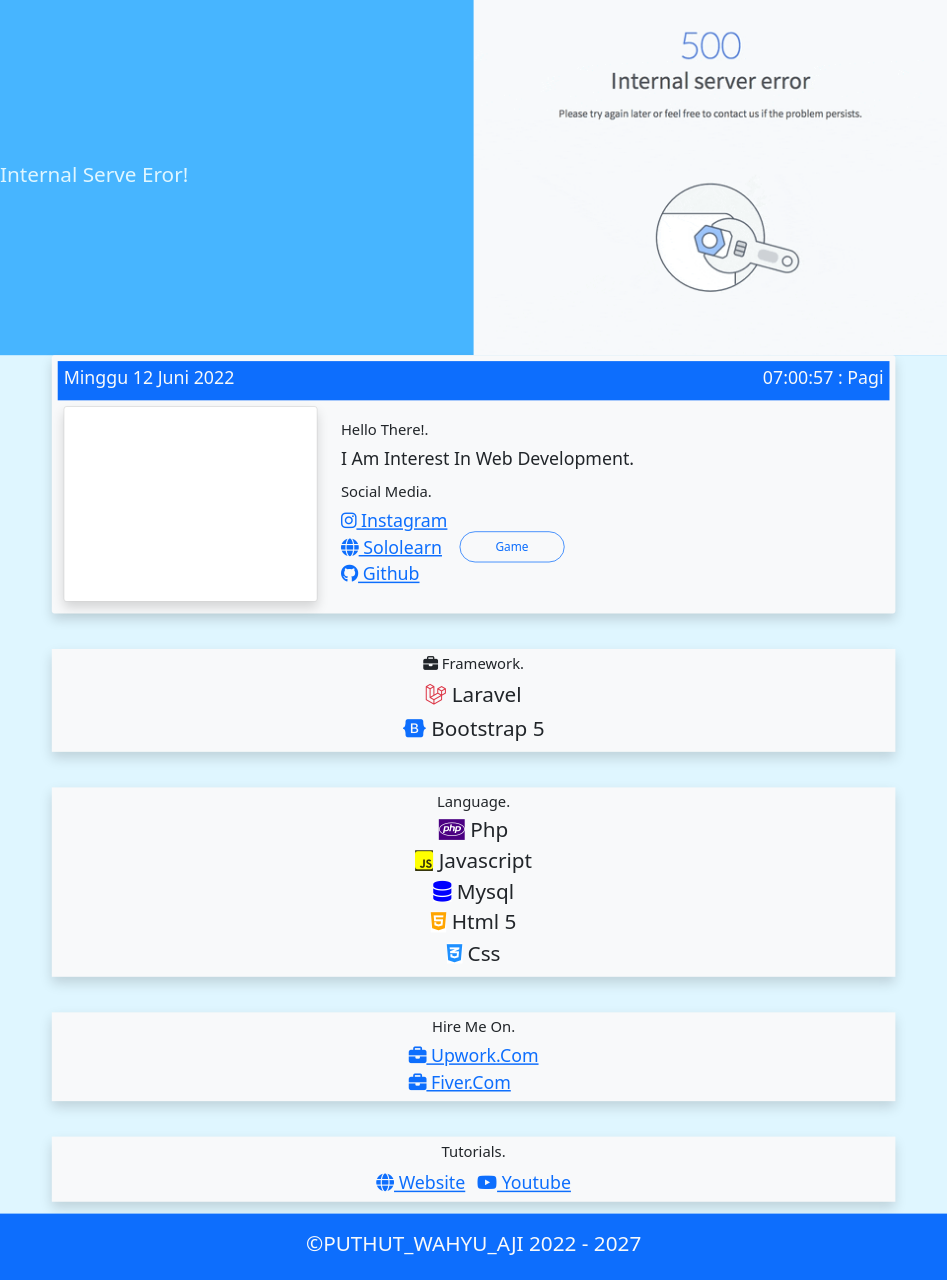
Repository: initer3737/initer3737.github.io
Page: index.html
An editor plug-in stored every save of this project. The page is shown before and after the next save, followed by the edit.
The browser window is 1280 px wide. The pictures show the whole page, at 74% of full size.
Pictures or frames that could not be fetched are drawn as grey boxes. Some web libraries are served in a nearby version.

Above is the page before, as saved 2022-06-12 07:30:41.

### index.html
<!DOCTYPE html>
<html lang="en">
<head>
    <meta charset="UTF-8">
    <meta http-equiv="X-UA-Compatible" content="IE=edge">
    <meta name="viewport" content="width=device-width, initial-scale=1.0">
    <title>puthut wahyu aji</title>
    <link href="https://cdn.jsdelivr.net/npm/bootstrap@5.0.2/dist/css/bootstrap.min.css" rel="stylesheet" integrity="sha384-EVSTQN3/azprG1Anm3QDgpJLIm9Nao0Yz1ztcQTwFspd3yD65VohhpuuCOmLASjC" crossorigin="anonymous">
    <script src="https://kit.fontawesome.com/7bb1ae10af.js" crossorigin="anonymous"></script>

    <link rel="stylesheet" href="css/style.css">
</head>
<body class="bg-1">
    <header class="col-12 bg-2">
        <div class="col-12 col-md-6">
            <h3 class="color-1">internal serve eror!</h3>
        </div>
        <img src="img/giphy.gif" class="img-fluid col-12 col-md-6">
    </header>
    <div class="container bg-light shadow rounded  d-flex flex-column gap-4 justify-content-center align-content-center align-items-center p-2">
        <div class="row d-flex align-content-center align-items-center">
            <div class="col-12">
               <div class="bg-primary text-capitalize d-flex justify-content-between">
                <p id="fulldate" class="h4 text-light p-2"></p>
                <p id="jam" class="h4 text-light p-2"></p>
               </div>
            </div>
            <div class="col-10 col-md-5 col-lg-4">
               <div class="card shadow m-2 p-1 position-relative">
                <video src="img/Earth - 4788.mp4" loop muted autoplay class="w-100 rounded-pill py-5 px-2"></video>
                <div class="filter2"></div>
               </div>
            </div>
            <div class="col-10 col-md-9 col-lg-8">
               <h5 class="text-capitalize">Hello there!.</h5>
               <p class="fs-4">
                  i am interest in web development.
               </p>
               <h5 class="text-capitalize">social media.</h5>
               <div class="d-flex flex-row align-content-center align-items-center gap-3">
                <div class="d-flex flex-column fs-4">
                    <a href="https://www.instagram.com/puthutwahyuaji/" target="_blank" class="text-capitalize"><i class="fa-brands fa-instagram"></i> instagram</a>
                    <!-- <a href="https://www.facebook.com/puthut.wahyuaji.94/" target="_blank" class="text-capitalize"><i class="fa-brands fa-facebook"></i> facebook</a>
                    <a href="https://twitter.com/puthut_wahkyu" target="_blank" class="text-capitalize"><i class="fa-brands fa-twitter"></i> twitter</a> -->
                    <a href="https://www.sololearn.com/profile/22926925" target="_blank" class="text-capitalize"><i class="fa-solid fa-globe"></i> sololearn</a>
                    <!-- <a href="https://www.duolingo.com/profile/PUTHUTWAHY" target="_blank" class="text-capitalize"><i class="fa-solid fa-globe"></i> duolingo</a> -->
                    <a href="https://github.com/initer3737" target="_blank" class="text-capitalize"><i class="fa-brands fa-github"></i> github</a>
                </div>
                <div class=""><a href="game.html" class="btn btn-outline-primary rounded-pill px-5 py-2">Game</a></div>
            </div>
            </div>
        </div>
    </div>
    <!-- https://www.fiverr.com/share/lYqN8j -->
    <div class="container bg-light shadow mt-5 d-flex flex-column gap-1 justify-content-center align-content-center align-items-center p-2">
        <h5><i class="fa-solid fa-briefcase"></i> framework.</h5>
            <h3><i class="fa-brands fa-laravel text-danger"></i> laravel</h3>
            <h3><i class="fa-brands fa-bootstrap text-primary"></i> bootstrap 5</h3>
        </div>
    </div>

    <div class="container bg-light shadow mt-5 d-flex flex-column  justify-content-center align-content-center align-items-center p-2">
        <h5>language.</h5>
            <h3><i class="fa-brands fa-php php"></i> php</h3>
            <h3><i class="fa-brands fa-js-square javascript"></i> javascript</h3>
            <h3><i class="fa-solid fa-database mysql"></i> mysql</h3>
            <h3><i class="fa-brands fa-html5 html"></i> html 5</h3>
            <h3><i class="fa-brands fa-css3-alt css"></i> css</h3>
        </div>

        <div class="container bg-light shadow mt-5 d-flex flex-column  justify-content-center align-content-center align-items-center p-2">
            <h5 class="capitalize">Hire me on.</h5>
            <div class="d-flex flex-column fs-4">
                <a href="https://www.upwork.com/workwith/puthutwahyuaji" target="_blank"><i class="fa-solid fa-briefcase"></i> upwork.com</a>
                <a href="https://www.fiverr.com/share/lYqN8j" target="_blank"><i class="fa-solid fa-briefcase"></i> fiver.com</a>
            </div>
            </div>

    </div>

    <div class="container bg-light shadow mt-5 d-flex flex-column gap-1 justify-content-center align-content-center align-items-center p-2">
        <h5>tutorials.</h5>
        <div class="fs-4 d-flex gap-3">
            <a href="https://initer3737.github.io/course/html/pages/course.html" target="_blank"><i class="fa-solid fa-globe"></i> website</a>
            <a href="https://www.youtube.com/channel/UClsfa0LkA3_YMsFjW1M__sw" target="_blank"><i class="fa-brands fa-youtube"></i> youtube</a>
        </div>
    </div>

    <footer class="bg-primary mt-3 p-4 text-light">
        <h3 class="text-center">&copy;PUTHUT_WAHYU_AJI <span id="year"></span></h3>
    </footer>
    <div class="modals-groups">
        <div class="modal fade" id="quotes">
            <div class="modal-dialog modal-dialog-centered">
                <div class="modal-content">
                    <div class="modal-header">
                        <h5 class="modal-title">message</h5>
                        <button class="btn-close" data-bs-dismiss="modal"></button>
                    </div>
                    <div class="modal-body">
                        <blockquote>"
                            manusia memiliki keinginan untuk menjadi kuat
                            sehingga lupa untuk menurunkan bakatnya pada
                            generasi selanjutnya lalu pada akhirnya mereka
                            tak mendapatkan apapun , tak akan ada yang
                            dapat mengingat namanya."
                        </blockquote> <hr>
                        <blockquote>
                            "kau tahu? , meski kau menghargai hidupmu,
                            orang lain begitu mudah menginjak-injaknya."
                            <p class="text-center">
                                -yorichi sugikuni
                            </p>
                        </blockquote>
                    </div>
                </div>
            </div>
        </div>
    </div>
    <script src="https://cdn.jsdelivr.net/npm/bootstrap@5.0.2/dist/js/bootstrap.bundle.min.js" integrity="sha384-MrcW6ZMFYlzcLA8Nl+NtUVF0sA7MsXsP1UyJoMp4YLEuNSfAP+JcXn/tWtIaxVXM" crossorigin="anonymous"></script>
</body>
</html>

<script>
    function Years() {
        $date=new Date();
        let t=document.getElementById('year');
        t.innerHTML=`${$date.getFullYear()} - ${$date.getFullYear()+5}`;
    }
    function Jam(){
        let T=document.getElementById('jam');
        let time=new Date();let hour;let minuets;let second;let statusTime;
        hour=validateTime(time.getHours());minuets=validateTime(time.getMinutes());second=validateTime(time.getSeconds());statusTime=()=>{
            if(hour > 00 &&hour < 11 ){
                status="pagi";
            }else if(hour >11 && hour < 15){
                status="siang";
            }else if(hour > 15 && hour < 18 ){
                status="sore";
            }else{
                status="malam";
            }

            return status;
        };
        T.innerHTML=`${hour}:${minuets}:${second} : ${statusTime()}`;
        setTimeout('Jam()',1000);
    }
    function Tanggal(){
        let t=document.getElementById("fulldate");
        let time=new Date();
        let hari;let bulan;let tanggal;let tahun;let hariAngka=time.getDate();
        tahun=time.getFullYear();bulan=time.getMonth();hari=time.getDay();
        let data={
            hari:["minggu","senin","selasa","rabu","kamis","jum'at","sabtu"],
            bulan:["januari","february","maret","april","mei","juni","juli","agustus","september","oktober","november","desember"]
        };
         t.innerHTML=`${data.hari[hari]}  ${hariAngka}  ${data.bulan[bulan]}  ${tahun}`;
    }
    const validateTime=(T)=>T<10 ?'0'+T:T;

    const initialize=()=>{
                Tanggal();
                Years();
                Jam();
            }

            initialize();
</script>

### css/style.css
*{
    text-transform: capitalize;
   cursor: url(https://ani.cursors-4u.net/cursors/cur-13/cur1162.ani), url(https://ani.cursors-4u.net/cursors/cur-13/cur1162.png), auto !important;
}
body{
    cursor: url('img/cursor.jpeg'),auto;
    /* background-color: #ddd; */
}
a:hover{
    transition:ease-in-out 0.5s;
    color: blueviolet;
    text-decoration: none;
}
.css{
    color: dodgerblue;
    background-color:white ;
}
.html{
    color: orange;
    background-color: white;
}
.mysql{
    background-color:white ;
    color: blue;
}
.javascript{
    background-color:rgb(51, 51, 9) ;
    color: yellow;
}
.php{
    background-color:indigo ;
    color: white;
}
header{
    /* height: 90vh; */
    display: flex;
    align-items: center;
    align-content: center;
    justify-content: center;
}
.filter{
    background-color: dodgerblue;
    opacity: 0.6;
    height: 100%;
    top: 0;
    width: 100%;
    position: absolute;
}
.text-container{
    z-index: 999;
}
.card:hover{
    /* border-color: dodgerblue; */
    background-color: dodgerblue;
    transform: perspective(12px);
    cursor: pointer;
}
.gambar{
    background-image: #000;
}

/*color pallete*/
.color-1{
    color:#DFF6FF;
}
.bg-1{
    background-color:#DFF6FF;
}

.color-2{
    color:#47B5FF;
}
.bg-2{
    background-color:#47B5FF;
}

.color-3{
    color:#1363DF;
}
.bg-3{
    background-color:#1363DF;
}

.color-4{
    color:#06283D;
}
.bg-4{
    background-color:#06283D;
}

After the next save:
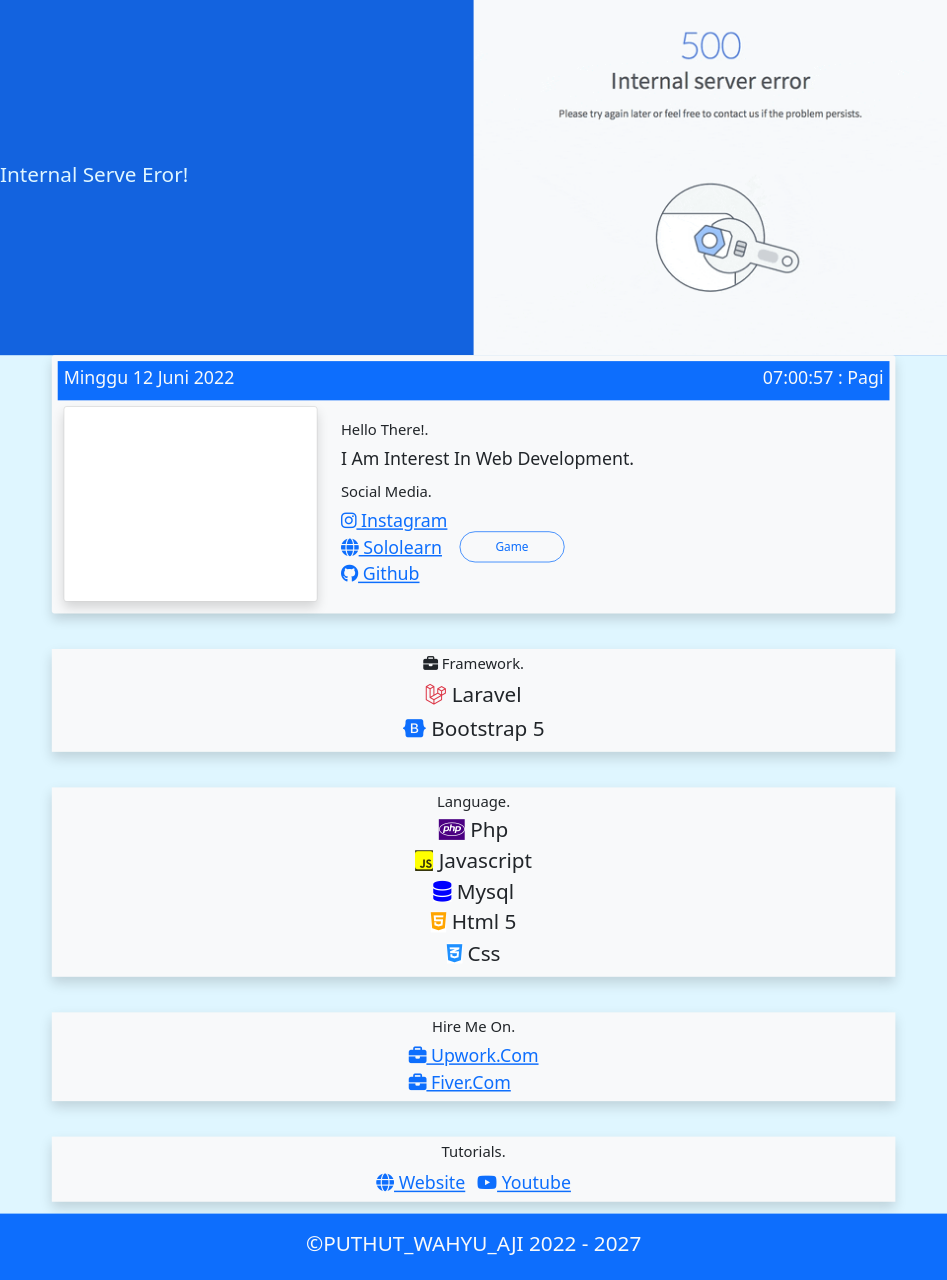
Saved 6 s later.
--- a/index.html
+++ b/index.html
@@ -11,7 +11,7 @@
     <link rel="stylesheet" href="css/style.css">
 </head>
 <body class="bg-1">
-    <header class="col-12 bg-2">
+    <header class="col-12 bg-3">
         <div class="col-12 col-md-6">
             <h3 class="color-1">internal serve eror!</h3>
         </div>
